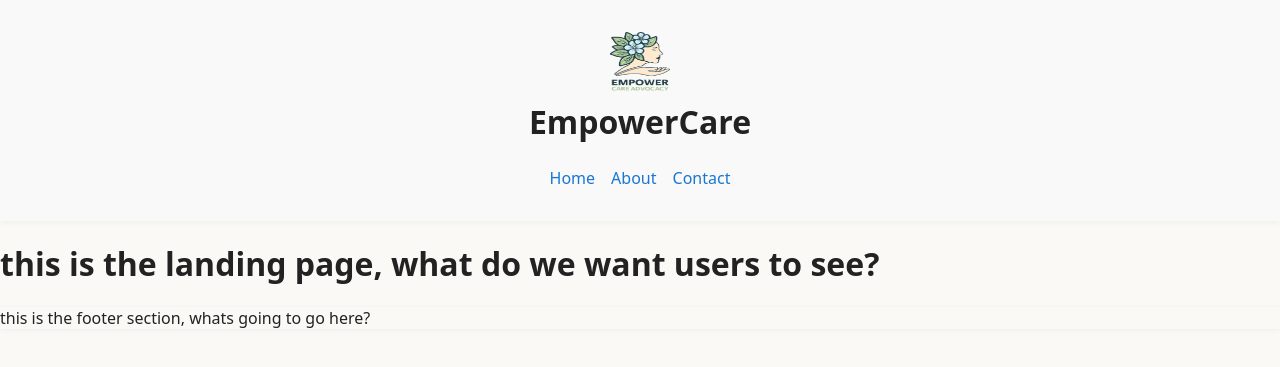
Repository: mcamarco/empowercare
Page: /
An editor plug-in stored every save of this project. The page is shown before and after the next save, followed by the edit.
The browser window is 1280 px wide. The pictures show the whole page.
The project was rebuilt for these pictures with package versions that can differ from the ones it lists, and the page was loaded fresh each time. The framework's server and built-in components were replaced by stand-ins that run in the browser. Also part of the build but not shown: next.config.ts.

Above is the page before, as saved 2025-05-29 12:31:50.

### src/app/layout.tsx
// Imports
import Navigation from '@/components/Navigation'
import Header from '@/components/Header'
import Footer from '@/components/Footer'
import './globals.css'

// Export the RootLayout component as the default export
export default function RootLayout({ children }) {
  // The RootLayout component receives 'children' as a prop, which will be the content of each specific page
  return (
    // Set the language of the HTML document to English
    <html lang="en">
      <body>
        {/* Render the Header component at the top of every page */}
        <Header />
        {/* Render the Navigation component below the header on every page */}
        {/* <Navigation /> */}
        {/* Render the main content of the current page */}
        <main>
          {children}
        </main>
        {/* Render the Footer component at the bottom of every page */}
        <Footer />
      </body>
    </html>
  )
}

### src/app/page.tsx
export default function Home() {
  return (
    <main>
      <h1>this is the landing page, what do we want users to see? </h1>
    </main>
  );
}

### src/components/Header.tsx
import Image from "next/image";
import Navigation from "./Navigation";

export default function Header() {
  return (
    <header style={{ padding: "2rem 0", textAlign: "center", background: "#f9f9f9" }}>
      <div style={{ display: "flex", flexDirection: "column", alignItems: "center" }}>
        <Image src="/logo.png" alt="Company Logo" width={60} height={60} />
        <h1 style={{ margin: "0.5rem 0 0.5rem 0" }}>EmpowerCare</h1>
      </div>
      <Navigation />
    </header>
  );
}

### src/components/Footer.tsx
export default function Footer() {
  return (
    <footer>
      <p> this is the footer section, whats going to go here?</p>
    </footer>
  );
}

### src/app/globals.css
body {
  margin: 0;
  font-family: system-ui, sans-serif;
  background: #faf9f6;
  color: #222;
}

a {
  text-decoration: none;
  color: #1976d2;
}

a:hover {
  text-decoration: underline;
}

header, footer {
  box-shadow: 0 1px 6px rgba(0,0,0,0.05);
}

### src/components/Navigation.tsx
import Link from "next/link";

export default function Navigation() {
  return (
    <nav style={{ marginTop: "1rem" }}>
      <Link href="/" style={{ marginRight: "1rem" }}>Home</Link>
      <Link href="/about" style={{ marginRight: "1rem" }}>About</Link>
      <Link href="/contact">Contact</Link>

    </nav>
  );
}

After the next save:
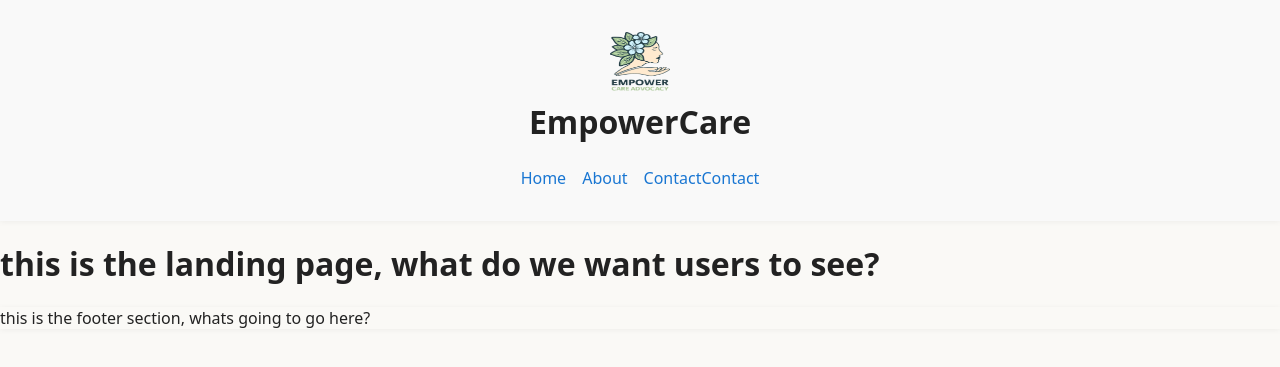
Saved 5 s later.
--- a/src/components/Navigation.tsx
+++ b/src/components/Navigation.tsx
@@ -6,6 +6,7 @@ export default function Navigation() {
       <Link href="/" style={{ marginRight: "1rem" }}>Home</Link>
       <Link href="/about" style={{ marginRight: "1rem" }}>About</Link>
       <Link href="/contact">Contact</Link>
+      <Link href="/contact">Contact</Link>
 
     </nav>
   );
